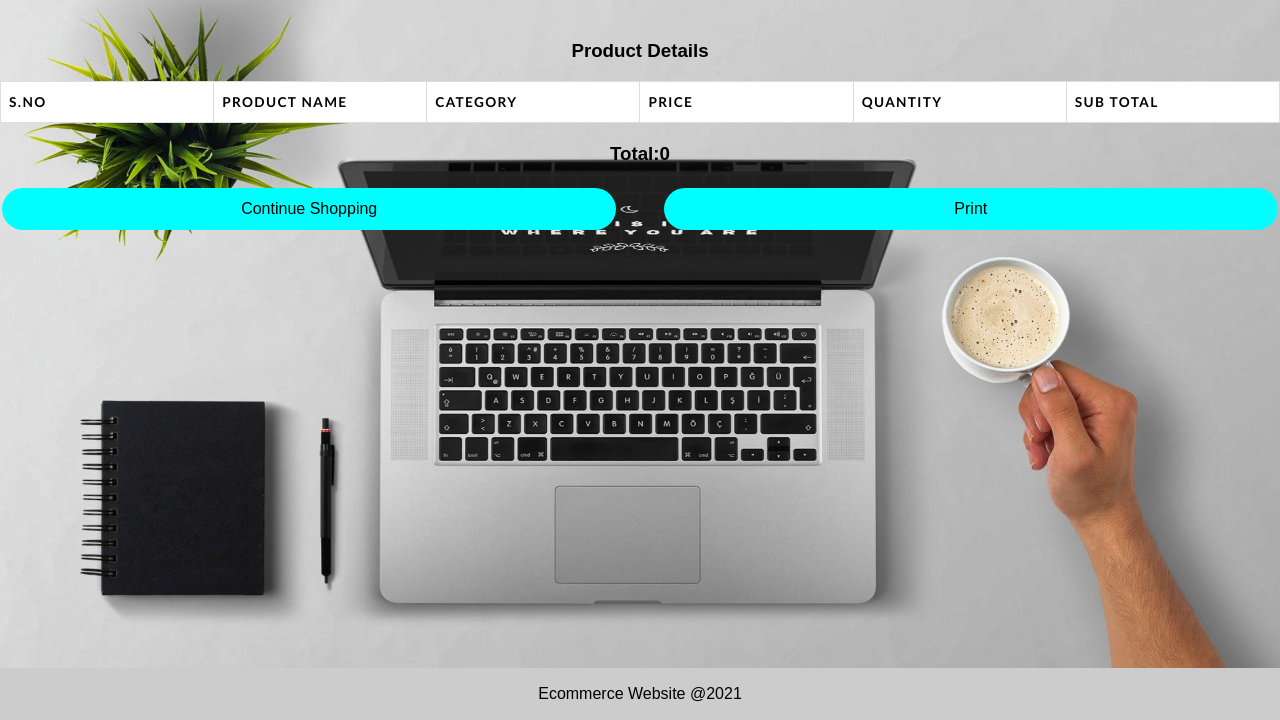
Repository: Narender-123/JavaOnlineShopingProject
Page: http://localhost/OnlineShoppingProject/bill.jsp
The author's editor kept a copy of each file at every save. The page is drawn from the files as they stood at one save, then again after the next save.
The browser window is 1280 px wide. The pictures show the whole page.
The page is served by Tomcat 9. The session is filled in as if someone had signed in: {"email": "test@example.com"}. Queries for data that is not in the repository find no rows.

Above is the page before, as saved 2021-05-31 16:18:58.

After the next save:
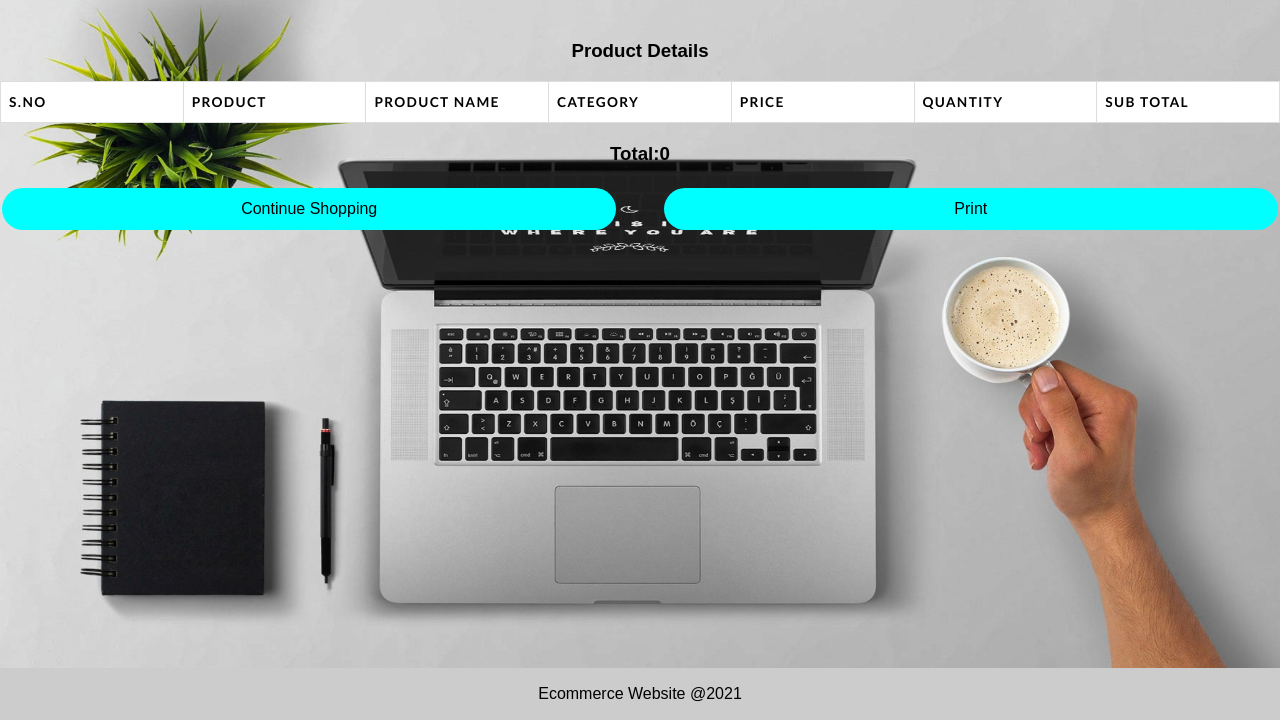
Saved 16 s later.
--- a/OnlineShoppingProject/WebContent/bill.jsp
+++ b/OnlineShoppingProject/WebContent/bill.jsp
@@ -56,6 +56,7 @@ try
 <h3>Product Details</h3>
   <tr>
     <th>S.No</th>
+    <th>Product</th>
     <th>Product Name</th>
     <th>category</th>
     <th>Price</th>
